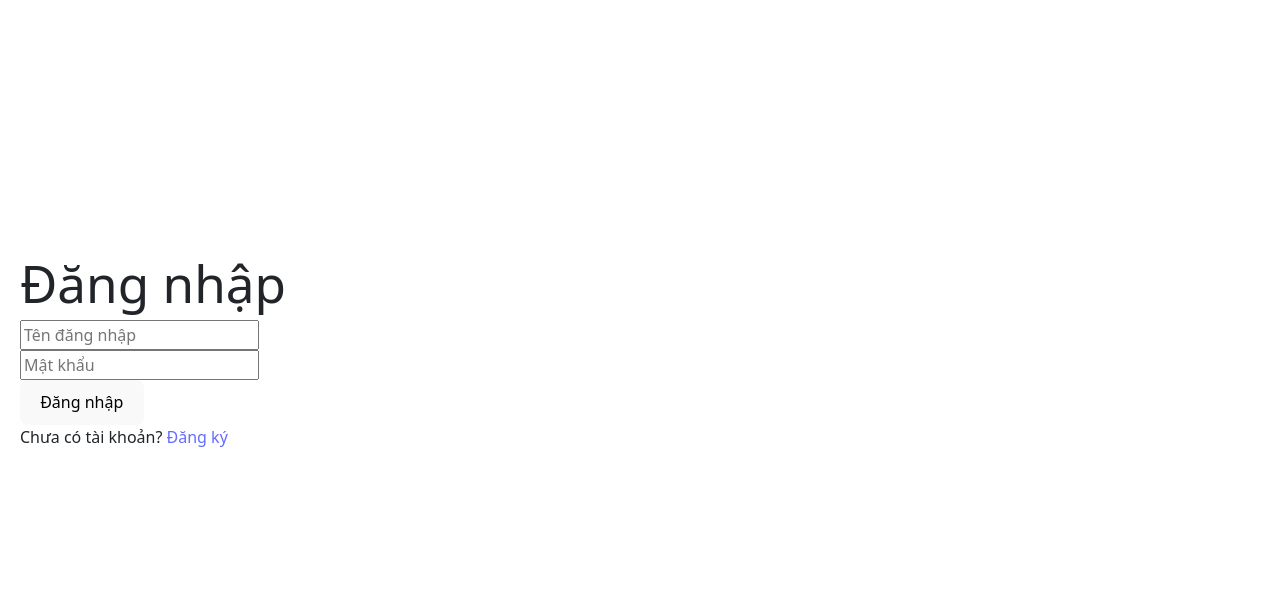
Repository: Thangvh29/WEB-tmdt
Page: /login (app in frontend/)
These files come from the project's save history. The page is drawn as it stood at one moment and after the next save; the edit follows.
The browser window is 1280 px wide. The pictures show the whole page.
The project was rebuilt for these pictures with package versions that can differ from the ones it lists, and the page was loaded fresh each time. Also part of the build but not shown: frontend/vite.config.js, frontend/src/pages/auth/Home.jsx, frontend/src/pages/auth/Register.jsx.

Above is the page before, as saved 2025-08-23 20:01:40.

### frontend/src/main.jsx
import React from "react";
import ReactDOM from "react-dom/client";
import App from "./App";
import "bootstrap/dist/css/bootstrap.min.css";
import "./index.css";
import AuthProvider from "./context/AuthProvider";
import "./index.css";

ReactDOM.createRoot(document.getElementById("root")).render(
  <React.StrictMode>
    <AuthProvider>
      <App />
    </AuthProvider>
  </React.StrictMode>
);

### frontend/src/App.jsx
import { BrowserRouter as Router, Routes, Route } from "react-router-dom";
import Home from "./pages/auth/Home";
import Login from "./pages/auth/Login";
import Register from "./pages/auth/Register";

function App() {
  return (
    <Router>
      <Routes>
        {/* Trang chủ */}
        <Route path="/" element={<Home />} />
        <Route path="/home" element={<Home />} />

        {/* Auth */}
        <Route path="/login" element={<Login />} />
        <Route path="/register" element={<Register />} />
      </Routes>
    </Router>
  );
}

export default App;

### frontend/src/context/AuthProvider.jsx
import { useState } from "react";
import AuthContext from "./AuthContext";

const AuthProvider = ({ children }) => {
  const [user, setUser] = useState(null);

  const login = (userData) => {
    setUser(userData);
    localStorage.setItem("user", JSON.stringify(userData));
  };

  const logout = () => {
    setUser(null);
    localStorage.removeItem("user");
  };

  return (
    <AuthContext.Provider value={{ user, login, logout }}>
      {children}
    </AuthContext.Provider>
  );
};

export default AuthProvider;

### frontend/src/pages/auth/Login.jsx
import React, { useState } from "react";
import { useNavigate, Link } from "react-router-dom";
import { useAuth } from "../../context/useAuth";

const Login = () => {
  const { login } = useAuth();
  const navigate = useNavigate();
  const [form, setForm] = useState({ username: "", password: "" });

  const handleSubmit = (e) => {
    e.preventDefault();
    // giả lập login thành công
    login({ username: form.username, role: "user" });
    navigate("/"); // quay lại Home
  };

  return (
    <div style={{ padding: "20px" }}>
      <h1>Đăng nhập</h1>
      <form onSubmit={handleSubmit}>
        <input
          type="text"
          placeholder="Tên đăng nhập"
          value={form.username}
          onChange={(e) => setForm({ ...form, username: e.target.value })}
          required
        />
        <br />
        <input
          type="password"
          placeholder="Mật khẩu"
          value={form.password}
          onChange={(e) => setForm({ ...form, password: e.target.value })}
          required
        />
        <br />
        <button type="submit">Đăng nhập</button>
      </form>
      <p>
        Chưa có tài khoản? <Link to="/register">Đăng ký</Link>
      </p>
    </div>
  );
};

export default Login;

### frontend/src/context/useAuth.js
import { useContext } from "react";
import AuthContext from "./AuthContext";

export const useAuth = () => {
  const context = useContext(AuthContext);
  if (!context) {
    throw new Error("useAuth must be used within AuthProvider");
  }
  return context;
};

Loaded but not shown: frontend/index.html (common file); frontend/src/index.css (common file); frontend/src/context/AuthContext.jsx (common file)

After the next save:
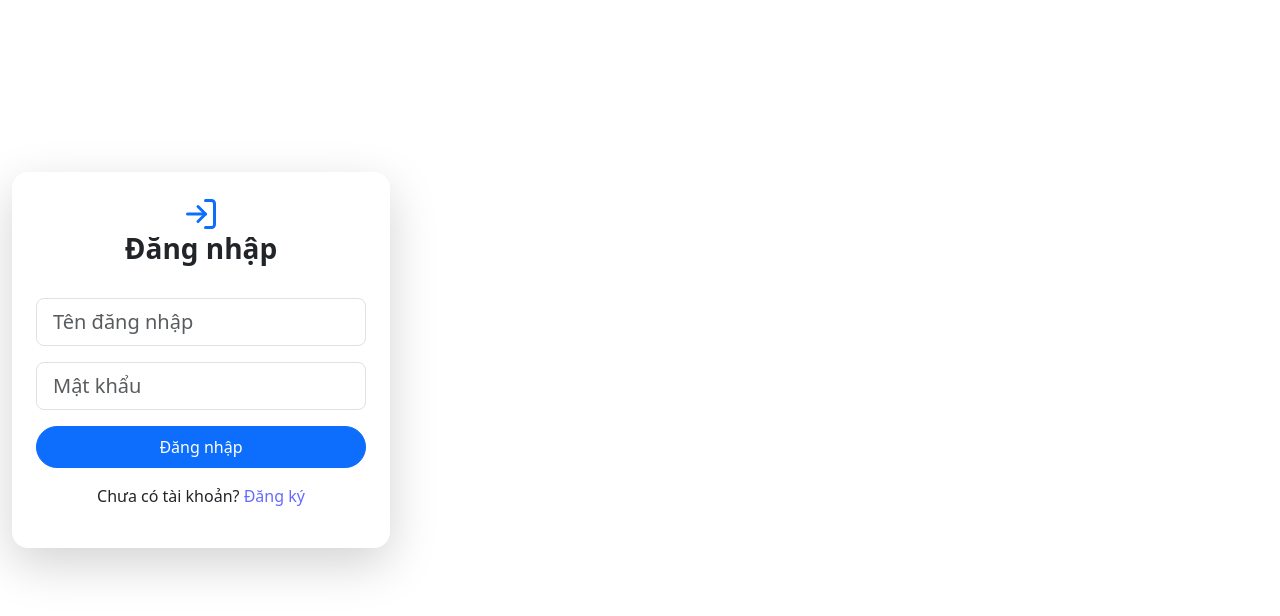
Saved 36 s later.
--- a/frontend/src/pages/auth/Login.jsx
+++ b/frontend/src/pages/auth/Login.jsx
@@ -1,6 +1,7 @@
 import React, { useState } from "react";
 import { useNavigate, Link } from "react-router-dom";
 import { useAuth } from "../../context/useAuth";
+import { LogIn } from "lucide-react";
 
 const Login = () => {
   const { login } = useAuth();
@@ -9,36 +10,46 @@
 
   const handleSubmit = (e) => {
     e.preventDefault();
-    // giả lập login thành công
-    login({ username: form.username, role: "user" });
-    navigate("/"); // quay lại Home
+    login({ username: form.username, role: form.username === "admin" ? "admin" : "user" });
+    navigate("/");
   };
 
   return (
-    <div style={{ padding: "20px" }}>
-      <h1>Đăng nhập</h1>
-      <form onSubmit={handleSubmit}>
-        <input
-          type="text"
-          placeholder="Tên đăng nhập"
-          value={form.username}
-          onChange={(e) => setForm({ ...form, username: e.target.value })}
-          required
-        />
-        <br />
-        <input
-          type="password"
-          placeholder="Mật khẩu"
-          value={form.password}
-          onChange={(e) => setForm({ ...form, password: e.target.value })}
-          required
-        />
-        <br />
-        <button type="submit">Đăng nhập</button>
-      </form>
-      <p>
-        Chưa có tài khoản? <Link to="/register">Đăng ký</Link>
-      </p>
+    <div className="container py-5">
+      <div className="card shadow-lg p-4 mx-auto border-0 rounded-4" style={{ maxWidth: "420px" }}>
+        <div className="text-center mb-4">
+          <LogIn size={36} className="text-primary" />
+          <h3 className="fw-bold">Đăng nhập</h3>
+        </div>
+        <form onSubmit={handleSubmit}>
+          <div className="mb-3">
+            <input
+              type="text"
+              className="form-control form-control-lg rounded-3"
+              placeholder="Tên đăng nhập"
+              value={form.username}
+              onChange={(e) => setForm({ ...form, username: e.target.value })}
+              required
+            />
+          </div>
+          <div className="mb-3">
+            <input
+              type="password"
+              className="form-control form-control-lg rounded-3"
+              placeholder="Mật khẩu"
+              value={form.password}
+              onChange={(e) => setForm({ ...form, password: e.target.value })}
+              required
+            />
+          </div>
+          <button type="submit" className="btn btn-primary w-100 rounded-pill py-2">
+            Đăng nhập
+          </button>
+        </form>
+        <p className="text-center mt-3">
+          Chưa có tài khoản? <Link to="/register">Đăng ký</Link>
+        </p>
+      </div>
     </div>
   );
 };
